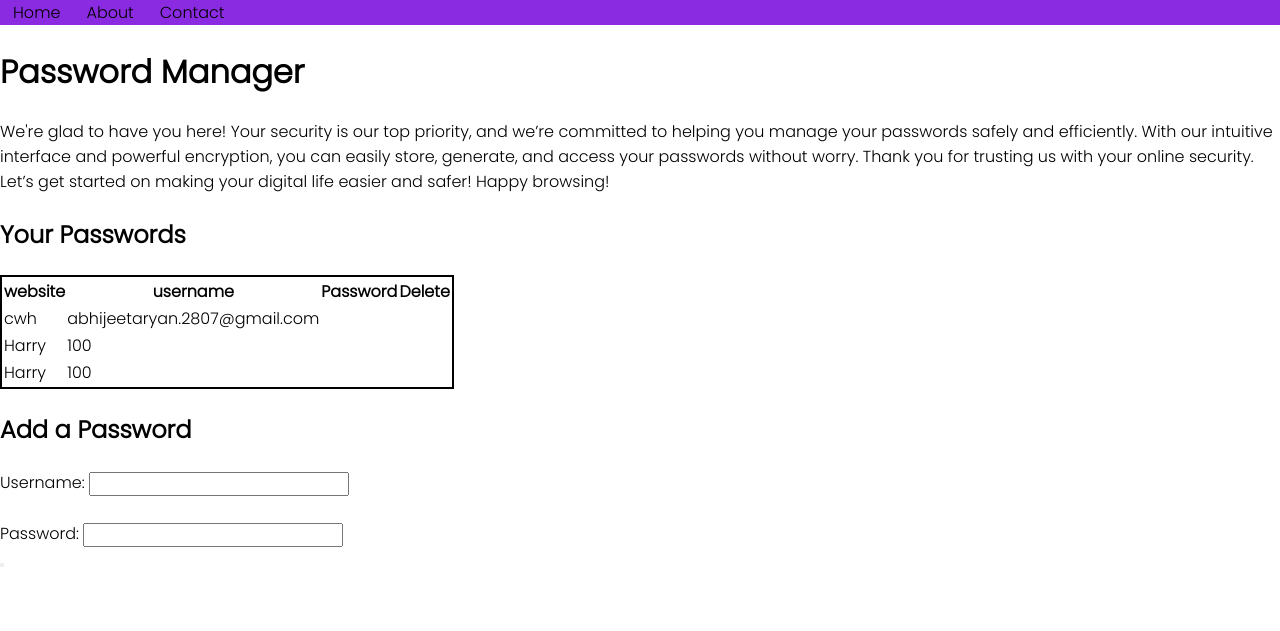
Repository: Abhi2807ar/PASSWORD-MANAGER
Page: index.html
The author's editor kept a copy of each file at every save. The page is drawn from the files as they stood at one save, then again after a run of saves.
The browser window is 1280 px wide. The pictures show the whole page.

Above is the page before, as saved 2024-10-14 14:59:20.

### index.html
<!DOCTYPE html>
<html lang="en">
<head>
    <meta charset="UTF-8">
    <meta name="viewport" content="width=device-width, initial-scale=1.0">
    <title>Documentx</title>
  <link rel="stylesheet" href="style.css">

</head>

<body>
    <nav>
        <div class="logo"></div>
        <ul>
            <li>Home</li>
            <li>About</li>
            <li>Contact</li>

        </ul>

    </nav>
    <div class="'container">
        <h1>Password Manager</h1>
        <p> We're glad to have you here! Your security is our top priority,
             and we’re committed to helping you manage your passwords safely and efficiently.
              With our intuitive interface and powerful encryption, you can easily store, generate, and access your passwords without worry.
Thank you for trusting us with your online security. Let’s get started on making your digital life easier and safer!
Happy browsing!
        </p>
        <h2>Your Passwords</h2>
        <table>
            <tr>
              <th>website</th>
              <th>username</th>
              <th>Password</th>
              <th>Delete</th>
            </tr>
            <tr>
              <td>cwh</td>
              <td>abhijeetaryan.2807@gmail.com</td>
            </tr>
            <tr>
                <td>Harry</td>
                <td>100</td>
              </tr>
              <tr>
                <td>Harry</td>
                <td>100</td>
              </tr>
          </table>
        <h2>Add a Password</h2>
        <form action="/submit" method="post">
            <!-- Text input for username -->
            <label for="username">Username:</label>
            <input type="text" id="username" name="username" required>
            <br><br>

            <!-- Password input -->
            <label for="password">Password:</label>
            <input type="password" id="password" name="password" required>
            <br>

            <!-- Submit button -->
           <button class="'btn" type="submit"></button>
                </form>
    </div>
    <script src="index.js"></script>

</body>
</html>

### style.css

@import url('https://fonts.googleapis.com/css2?family=Poppins:wght@200;300&display=swap');
*{
    margin:0;
    padding:0;
    font-family: "Poppins", sans-serif;;
 }
 nav{ background-color: blueviolet;
 }
 ul{
    display:flex;

 }
 ul li{
    list-style:none;
margin:0 13px;
 }
 table {
    border:2px solid black

}
.container{
    max-width: 80vw;
    margin: 23px auto;
}
h1,h2,h3{
    margin:23px 0;
}
.btn{
    padding:8px 17px;
    background:black;
    color:white;
    font-weight: 900;
    border:2px solid grey;
    border-radius:8px;
    margin:25px 0;
    cursor:pointer;
}

Loaded but not shown: index.js (no stored copy; drawn as an empty file)

After the next 2 saves:
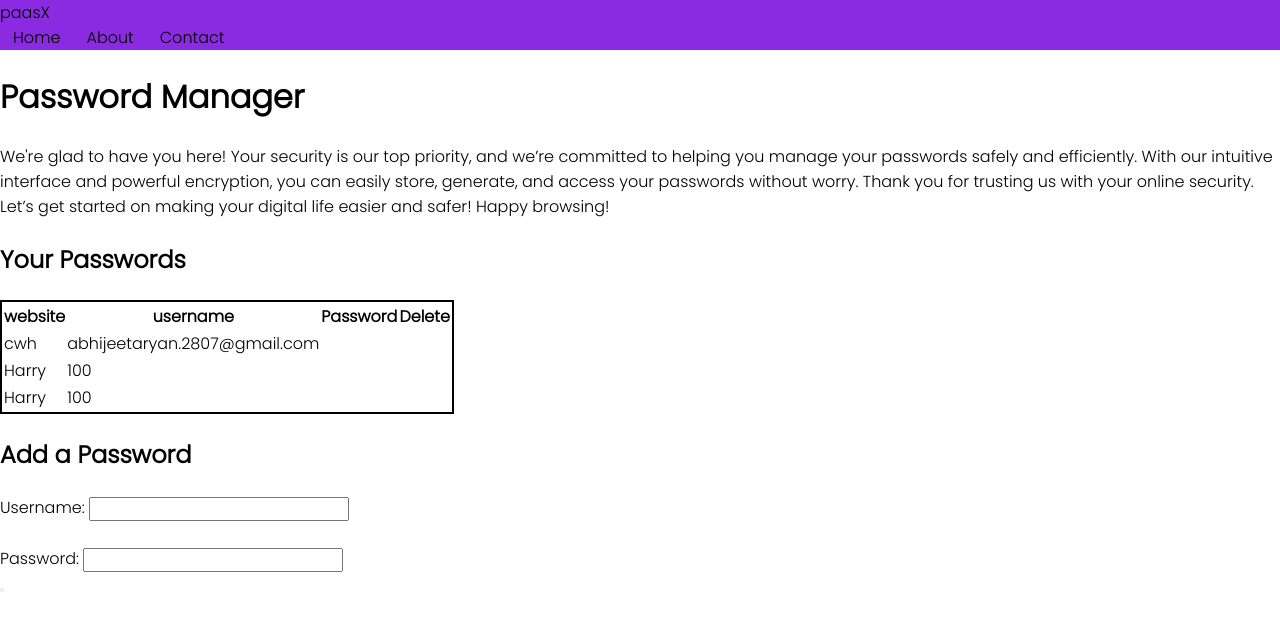
The 2 saves are shown as one change because they came seconds apart.
The last was saved 15 s later.
--- a/index.html
+++ b/index.html
@@ -10,7 +10,7 @@
 
 <body>
     <nav>
-        <div class="logo"></div>
+        <div class="logo">paasX</div>
         <ul>
             <li>Home</li>
             <li>About</li>
